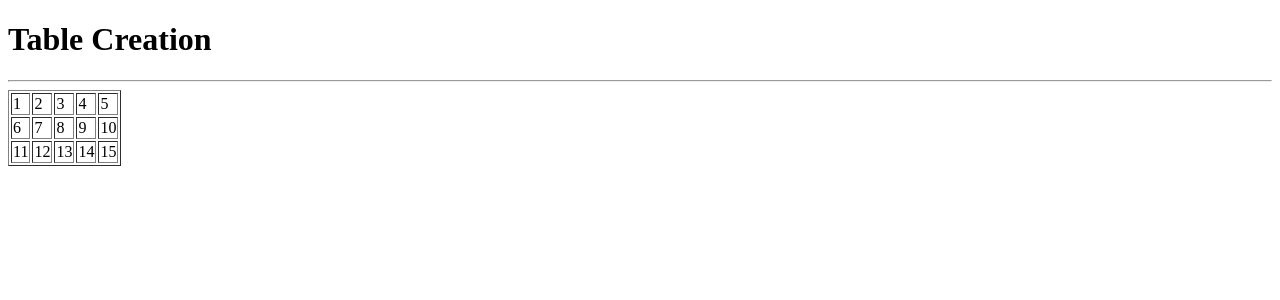
Repository: minjuleee/Server_study
Page: http://localhost/web/04_script_test.jsp
An editor plug-in stored every save of this project. The page is shown before and after the next save, followed by the edit.
The browser window is 1280 px wide. The pictures show the whole page.
The page is served by Tomcat 10.

Above is the page before, as saved 2025-11-18 13:22:15.

After the next save:
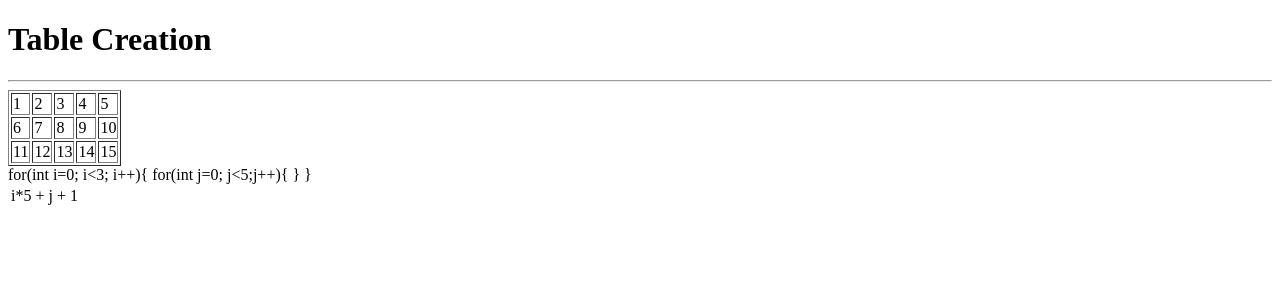
Saved 2 min 49 s later.
--- a/dev/web/src/main/webapp/04_script_test.jsp
+++ b/dev/web/src/main/webapp/04_script_test.jsp
@@ -15,5 +15,16 @@
 		<tr><td>6</td><td>7</td><td>8</td><td>9</td><td>10</td></tr>
 		<tr><td>11</td><td>12</td><td>13</td><td>14</td><td>15</td></tr>
 	</table>
+
+	<!-- Using JSP -->
+	<table boder="1">
+		for(int i=0; i<3; i++){
+			<tr>
+			for(int j=0; j<5;j++){
+				<td>i*5 + j + 1</td>
+			}
+			</tr>
+		}
+	</table>
 </body>
 </html>
